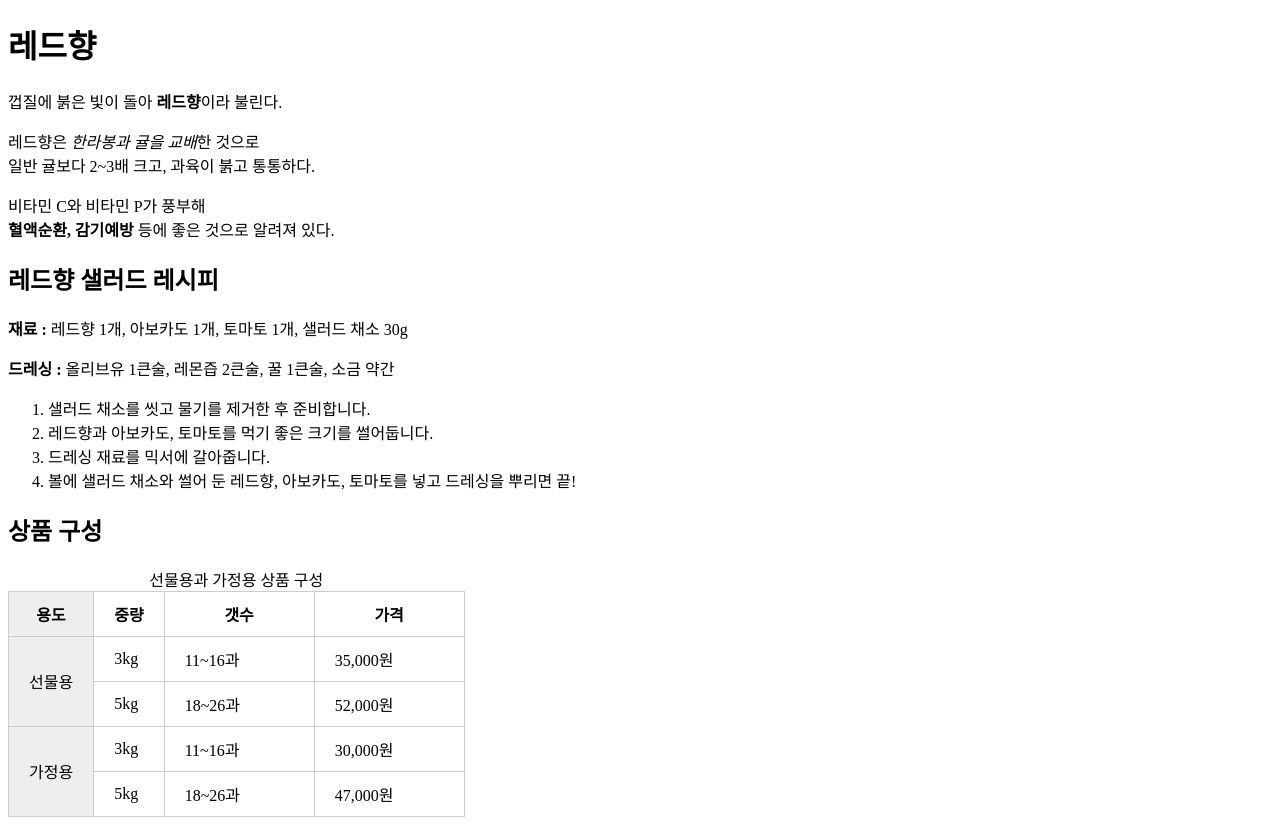
Repository: topyoungil/CodeMemories-ByJake
Page: HTML_CSS/WebContent/test/1003_css/product-result.html
The author's editor kept a copy of each file at every save. The page is drawn from the files as they stood at one save, then again after the next save.
The browser window is 1280 px wide. The pictures show the whole page.

Above is the page before, as saved 2022-10-03 05:47:21.

### HTML_CSS/WebContent/test/1003_css/product-result.html
<!DOCTYPE html>
<html>
<head>
<meta charset="UTF-8">
<title>Insert title here</title>
<style>
	table, th, td {
		border: 1px solid #ccc;
		border-collapse: collapse;
	}
	th, td {
		padding: 10px 20px;
	}

</style>
</head>
<body>
<div id="container">
    <div id="description">
      <h1>레드향</h1>
      <p>껍질에 붉은 빛이 돌아 <b>레드향</b>이라 불린다.</p>
      <p>레드향은 <em>한라봉과 귤을 교배</em>한 것으로<br>일반 귤보다 2~3배 크고, 과육이 붉고 통통하다.</p>
      <p>비타민 C와 비타민 P가 풍부해<br> <strong>혈액순환, 감기예방</strong> 등에 좋은 것으로 알려져 있다.</p>
    </div>
    <div id="receipe">
      <h2>레드향 샐러드 레시피</h2>
      <p><b>재료 : </b>레드향 1개, 아보카도 1개, 토마토 1개, 샐러드 채소 30g</p>
      <p><b>드레싱 : </b>올리브유 1큰술, 레몬즙 2큰술, 꿀 1큰술, 소금 약간</p>
      <ol>
        <li>샐러드 채소를 씻고 물기를 제거한 후 준비합니다.</li>
        <li>레드향과 아보카도, 토마토를 먹기 좋은 크기를 썰어둡니다.</li>
        <li>드레싱 재료를 믹서에 갈아줍니다.</li>
        <li>볼에 샐러드 채소와 썰어 둔 레드향, 아보카도, 토마토를 넣고 드레싱을 뿌리면 끝!</li>
      </ol>
    </div>
    <div id="package">
      <h2>상품 구성</h2>
      <table>
        <caption>선물용과 가정용 상품 구성</caption>
        <colgroup>
          <col style="background-color:#eee;">
          <col>
          <col span="2" style="width:150px">
        </colgroup>
        <thead>
          <tr>
            <th>용도</th>
            <th>중량</th>
            <th>갯수</t>
            <th>가격</th>
          </tr>
        </thead>
        <tbody>
          <tr>
            <td rowspan="2">선물용</td>
            <td>3kg</td>
            <td>11~16과</td>
            <td>35,000원</td>
          </tr>
          <tr>
            <td>5kg</td>
            <td>18~26과</td>
            <td>52,000원</td>
          </tr>
          <tr>
            <td rowspan="2">가정용</td>
            <td>3kg</td>
            <td>11~16과</td>
            <td>30,000원</td>
          </tr>
          <tr>
            <td>5kg</td>
            <td>18~26과</td>
            <td>47,000원</td>
          </tr>
        </tbody>
      </table>
    </div>
    </div>
</body>
</html>

After the next save:
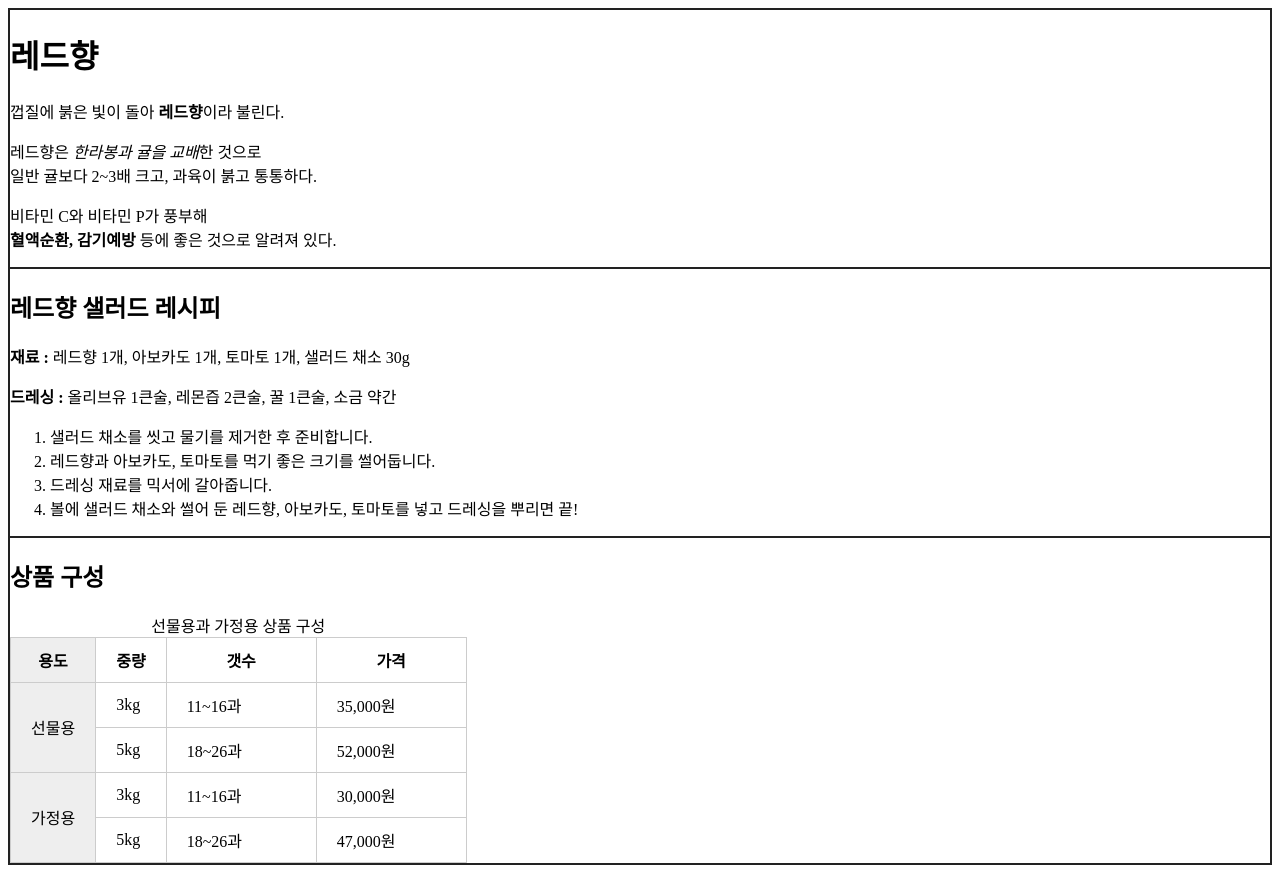
Saved 72 s later.
--- a/HTML_CSS/WebContent/test/1003_css/product-result.html
+++ b/HTML_CSS/WebContent/test/1003_css/product-result.html
@@ -8,8 +8,13 @@
 		border: 1px solid #ccc;
 		border-collapse: collapse;
 	}
+
 	th, td {
 		padding: 10px 20px;
+	}
+
+	div {
+		border: 1px solid #222;
 	}
 
 </style>
